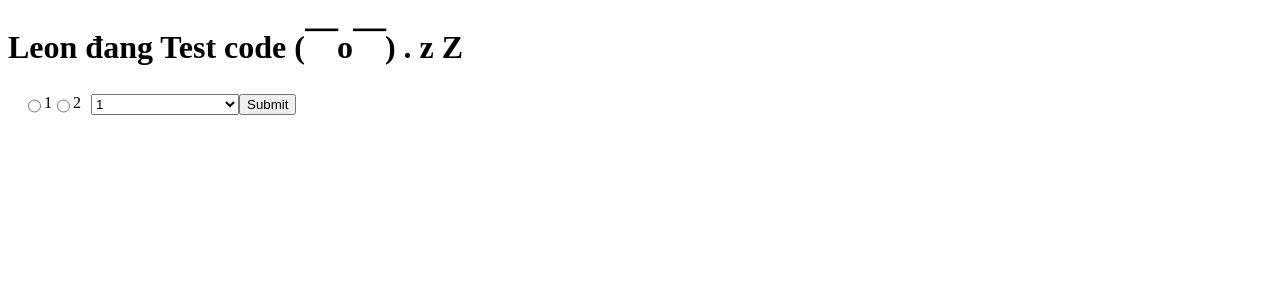
Repository: tranhuunghiem99/N_Auto_Checked
Page: test/index.html
The author's editor kept a copy of each file at every save. The page is drawn from the files as they stood at one save, then again after a run of saves.
The browser window is 1280 px wide. The pictures show the whole page.

Above is the page before, as saved 2024-05-07 21:41:27.

### test/index.html
<!-- <!DOCTYPE html>
<html>
  <head>
    <title>Checkbox Example</title>
  </head>
  <body>
    <form action="/submit" method="post">
      <label for="option1">Option 1</label>
      <input type="checkbox" name="options" value="1" id="option1">
      <br>
      <label for="option2">Option 2</label>
      <input type="checkbox" name="options" value="2" id="option2">
      <br>
      <label for="option3">Option 3</label>
      <input type="checkbox" name="options" value="3" id="option3">
      <br>
      <button type="submit">Submit</button>
    </form>
  </body>
</html> -->

<!DOCTYPE html>
<html>
<body>

<h1>Leon đang Test code (￣o￣) . z Z</h1>

<form action="/submit" method="post" >
  <div style="display: flex; padding: 5px; margin: 10px;">
  <input type="radio" name="number" value="1" id="option1">
  <label for="1">1</label><br>
  <input type="radio" name="number" value="2" id="option2">
  <label for="2">2</label><br>
  <select  name="selection" id="selection" style="margin-left:10px ;">
    <option value="1" name="list">1</option>
    <option value="2" name="list">2</option>
    <option value="3" name="list">3</option>
    <option value="Ok cái này chọn nè 1" name="ok">Ok cái này chọn nè 1</option>
  </select>

  <button type="submit">Submit</button>
</form>
</body>
</html>

After the next 3 saves:
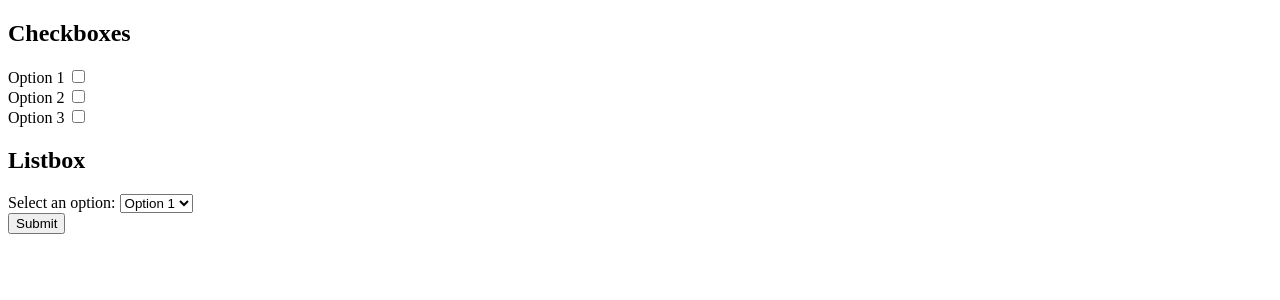
The 3 saves are shown as one change because they came seconds apart.
The last was saved 28 s later.
--- a/test/index.html
+++ b/test/index.html
@@ -19,7 +19,7 @@
   </body>
 </html> -->
 
-<!DOCTYPE html>
+<!-- <!DOCTYPE html>
 <html>
 <body>
 
@@ -41,4 +41,34 @@
   <button type="submit">Submit</button>
 </form>
 </body>
+</html> -->
+
+<!DOCTYPE html>
+<html>
+  <head>
+    <title>Checkbox and Listbox Example</title>
+  </head>
+  <body>
+    <form action="/submit" method="post">
+      <h2>Checkboxes</h2>
+      <label for="option1">Option 1</label>
+      <input type="checkbox" name="options" value="1" id="option1">
+      <br>
+      <label for="option2">Option 2</label>
+      <input type="checkbox" name="options" value="2" id="option2">
+      <br>
+      <label for="option3">Option 3</label>
+      <input type="checkbox" name="options" value="3" id="option3">
+      <br>
+      <h2>Listbox</h2>
+      <label for="selection">Select an option:</label>
+      <select name="selection" id="selection">
+        <option value="1">Option 1</option>
+        <option value="2">Option 2</option>
+        <option value="3">Option 3</option>
+      </select>
+      <br>
+      <button type="submit">Submit</button>
+    </form>
+  </body>
 </html>
